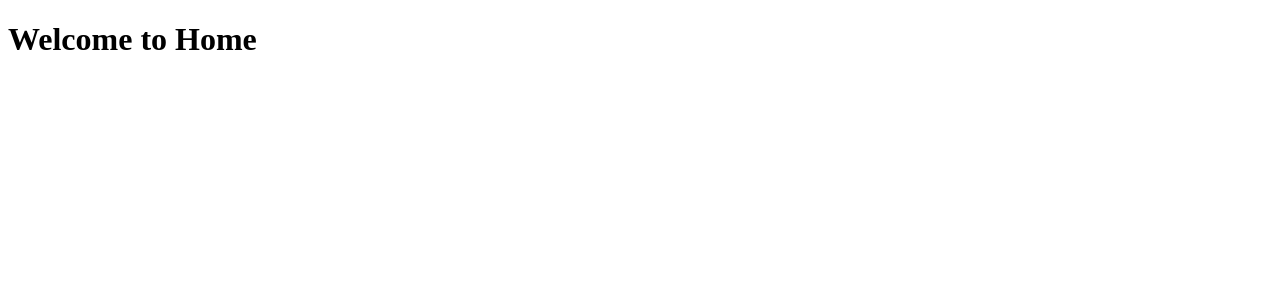
Repository: nhoque7/comp229Assignment
Page: http://localhost/
An editor plug-in stored every save of this project. The page is shown before and after the next save, followed by the edit.
The browser window is 1280 px wide. The pictures show the whole page.
The page is served by the project's Node server (server.js).

Above is the page before, as saved 2022-10-14 21:48:21.

After the next save:
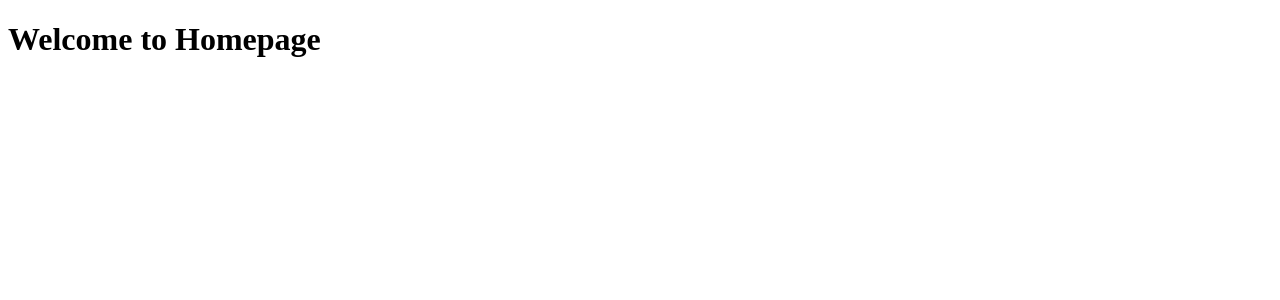
Saved 9 min 26 s later.
--- a/routes/index.js
+++ b/routes/index.js
@@ -4,11 +4,11 @@ var router = express.Router();
 /* GET home page. */
 router.get('/', function(req, res, next) {
   res.render('index',
-   { title: 'Home'});
+   { title: 'Homepage'});
 });
 router.get('/home', function(req, res, next) {
   res.render('index',
-   { title: 'Home'});
+   { title: 'Homepage'});
 });
 /*Get About me */
 router.get('/about', function(req, res, next) {
@@ -18,17 +18,17 @@ router.get('/about', function(req, res, next) {
 /* Get Project page */
 router.get('/projects', function(req, res, next) {
   res.render('index',
-   { title: 'Projects'});
+   { title: 'my Projects page'});
 });
 /* Get Services page */
 router.get('/services', function(req, res, next) {
   res.render('index',
-   { title: 'Services'});
+   { title: 'my Services page'});
 });
 /* Get Contact page */
 router.get('/contact', function(req, res, next) {
   res.render('index',
-   { title: 'Contact'});
+   { title: 'Contact page'});
 });
 
 module.exports = router;
